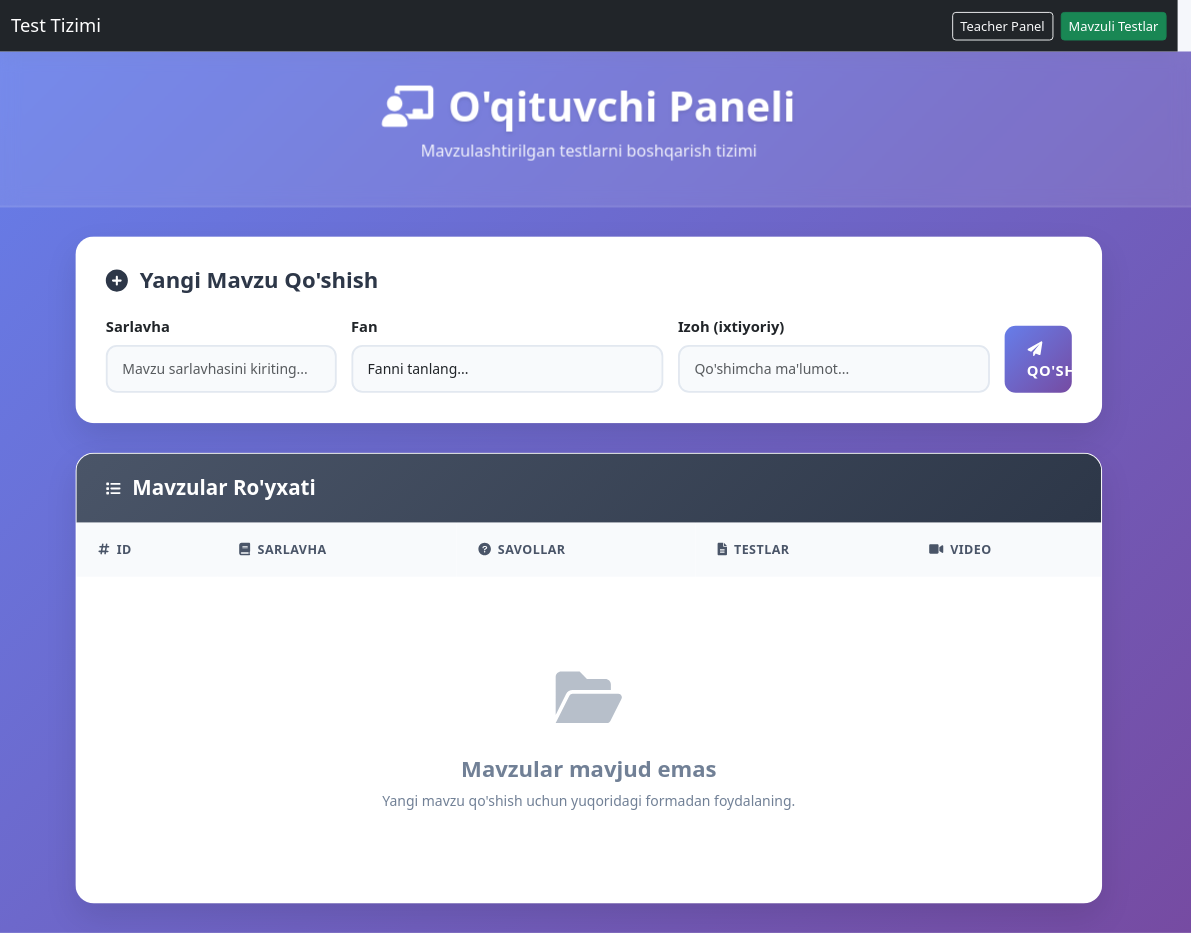
Repository: Shaxobiddin-Github/KatDPI_test
Page: backend/main/templates/topic_panel/dashboard.html
These files come from the project's save history. The page is drawn as it stood at one moment and after the next save; the edit follows.
The browser window is 1280 px wide. The page is 1295 px wide, so the pictures cover 1295 px, including what lies to the right of the window. The pictures show the whole page, at 92% of full size.
The template is drawn by Django 5.2. The application's start-up code is not run. The template is opened directly, without the code that normally fills it, so the values that code supplies are empty.

Above is the page before, as saved 2025-09-26 16:05:16.

After the next save:
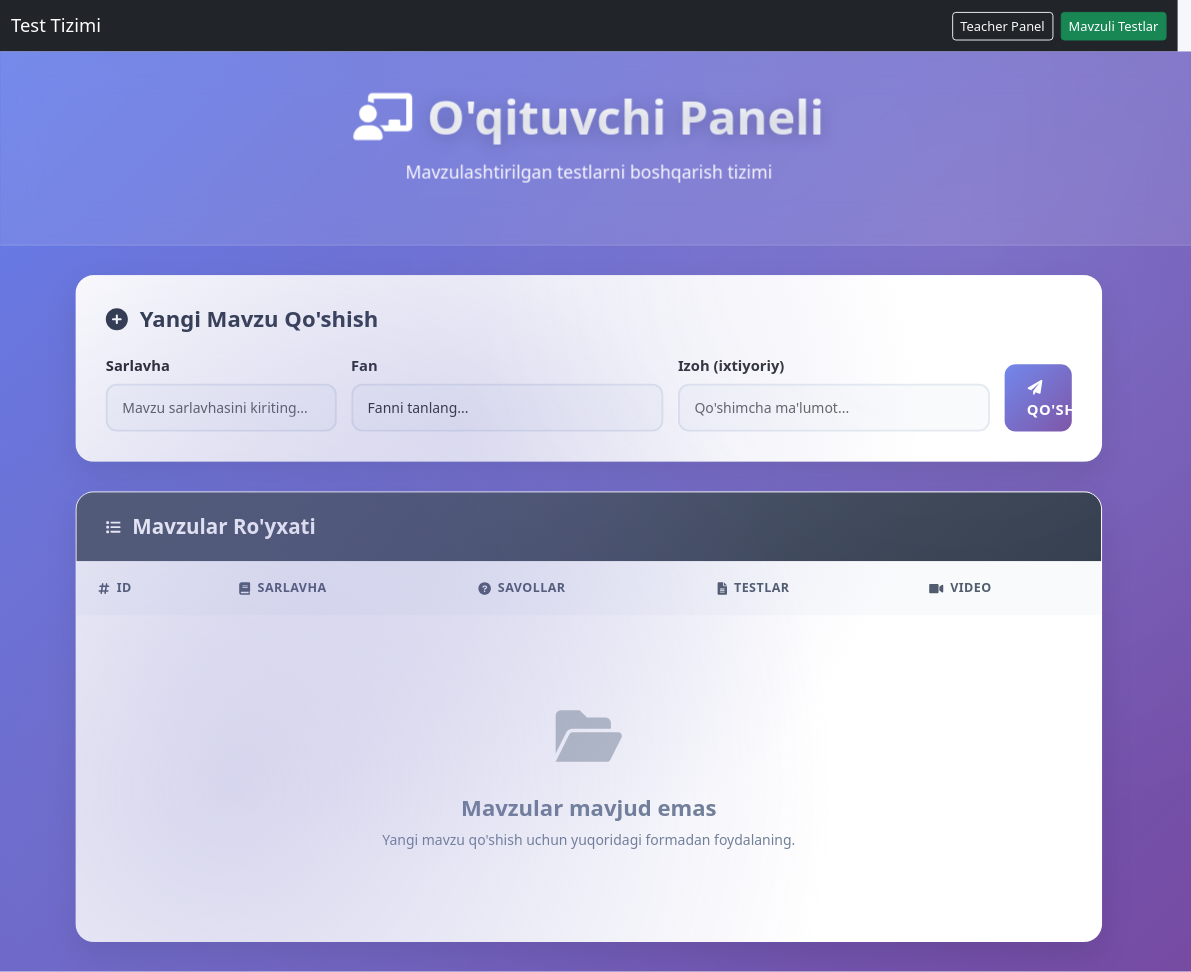
Saved 4 min 43 s later.
--- a/backend/main/templates/topic_panel/dashboard.html
+++ b/backend/main/templates/topic_panel/dashboard.html
@@ -7,26 +7,81 @@
     min-height: 100vh;
     margin: -1.5rem -15px 0 -15px;
     padding: 0;
-  }
+    position: relative;
+    overflow-x: hidden;
+  }
+
+  .teacher-dashboard::before {
+    content: '';
+    position: absolute;
+    top: 0;
+    left: 0;
+    right: 0;
+    bottom: 0;
+    background:
+      radial-gradient(circle at 20% 80%, rgba(120, 119, 198, 0.3) 0%, transparent 50%),
+      radial-gradient(circle at 80% 20%, rgba(255, 255, 255, 0.1) 0%, transparent 50%),
+      radial-gradient(circle at 40% 40%, rgba(120, 119, 198, 0.2) 0%, transparent 50%);
+    pointer-events: none;
+  }
+
   .dashboard-header {
     background: rgba(255, 255, 255, 0.1);
-    backdrop-filter: blur(10px);
+    backdrop-filter: blur(20px);
     border-bottom: 1px solid rgba(255, 255, 255, 0.2);
-    padding: 2rem 0;
-    color: white;
-  }
+    padding: 2.5rem 0;
+    color: white;
+    position: relative;
+    z-index: 1;
+  }
+
   .dashboard-title {
-    font-size: 2.8rem;
-    font-weight: 700;
+    font-size: 3.2rem;
+    font-weight: 800;
     text-align: center;
-    margin-bottom: 0.5rem;
-    text-shadow: 0 2px 4px rgba(0,0,0,0.1);
-  }
+    margin-bottom: 1rem;
+    text-shadow: 0 4px 20px rgba(0,0,0,0.2);
+    background: linear-gradient(135deg, #ffffff 0%, #f0f4ff 100%);
+    -webkit-background-clip: text;
+    -webkit-text-fill-color: transparent;
+    background-clip: text;
+  }
+
   .dashboard-subtitle {
     text-align: center;
-    font-size: 1.1rem;
+    font-size: 1.2rem;
+    opacity: 0.95;
+    font-weight: 400;
+    margin-bottom: 1.5rem;
+  }
+
+  .dashboard-stats {
+    display: flex;
+    justify-content: center;
+    gap: 2rem;
+    margin-top: 2rem;
+  }
+
+  .stat-item {
+    text-align: center;
+    background: rgba(255, 255, 255, 0.15);
+    padding: 1rem 1.5rem;
+    border-radius: 20px;
+    backdrop-filter: blur(10px);
+    border: 1px solid rgba(255, 255, 255, 0.2);
+    min-width: 120px;
+  }
+
+  .stat-number {
+    font-size: 2rem;
+    font-weight: 700;
+    display: block;
+    margin-bottom: 0.25rem;
+  }
+
+  .stat-label {
+    font-size: 0.9rem;
     opacity: 0.9;
-    font-weight: 300;
   }
   .main-content {
     padding: 2rem 0;
